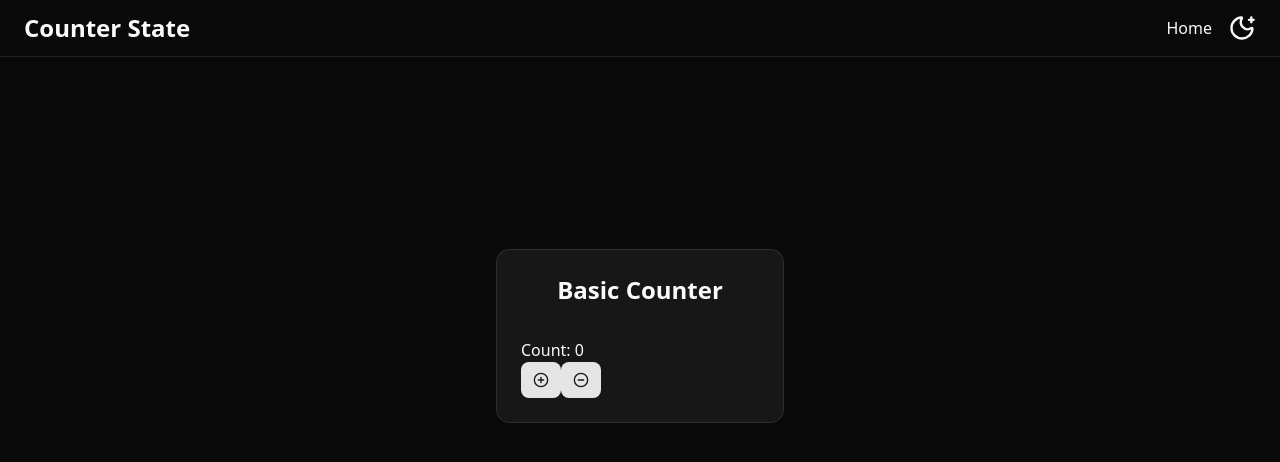
Repository: dev-piyushsarkar/counter-state-project
Page: /
The author's editor kept a copy of each file at every save. The page is drawn from the files as they stood at one save, then again after the next save.
The browser window is 1280 px wide. The pictures show the whole page.
The project was rebuilt for these pictures with package versions that can differ from the ones it lists, and the page was loaded fresh each time. The framework's server and built-in components were replaced by stand-ins that run in the browser. Also part of the build but not shown: next.config.ts.

Above is the page before, as saved 2025-11-15 13:39:29.

### src/app/layout.tsx
import Header from "@/components/Header/Header";
import ThemeProvider from "@/components/Providers/ThemeProvider";
import "./globals.css";

type RootLayoutProps = {
	children: React.ReactNode;
};

const RootLayout = ({ children }: Readonly<RootLayoutProps>) => {
	return (
		<html
			lang="en"
			suppressHydrationWarning>
			<body>
				<ThemeProvider
					attribute={"class"}
					defaultTheme="dark"
					enableSystem={false}>
					<Header />

					<main className="mx-auto max-w-7xl px-6 py-3">{children}</main>
				</ThemeProvider>
			</body>
		</html>
	);
};

export default RootLayout;

### src/app/page.tsx
import { Button } from "@/components/shadcnui/button";
import {
	Card,
	CardContent,
	CardHeader,
	CardTitle,
} from "@/components/shadcnui/card";
import { MinusCircle, PlusCircleIcon } from "lucide-react";
import { Metadata } from "next";

export const metadata: Metadata = {
	title: "Nextjs Starter Frontend",
	description: "Production grade Next.js starter template",
};

const page = () => {
	return (
		<section className="grid h-[90dvh] place-items-center">
			<Card className="w-2xs">
				<CardHeader>
					<CardTitle className="text-center text-2xl font-semibold">
						Basic Counter
					</CardTitle>
				</CardHeader>
				<CardContent>
					<div className="">Count: 0</div>
					<div className="">
						<Button>
							<PlusCircleIcon />
						</Button>
						<Button>
							<MinusCircle />
						</Button>
					</div>
				</CardContent>
			</Card>
		</section>
	);
};

export default page;

### src/components/Header/Header.tsx
import Link from "next/link";
import ThemeToggleButton from "../ThemeToggleButton";

const Header = () => {
	return (
		<header
			className="fixed right-0 left-0 border-b shadow"
			aria-label="app-header">
			<div className="mx-auto flex max-w-7xl items-center justify-between px-6 py-3">
				<Link href={"/"}>
					<h1
						className="text-2xl font-semibold"
						aria-label="App Name">
						Counter State
					</h1>
				</Link>

				<nav className="flex items-center gap-4">
					<Link href={"/"}>Home</Link>

					<ThemeToggleButton />
				</nav>
			</div>
		</header>
	);
};

export default Header;

### src/components/Providers/ThemeProvider.tsx
"use client";

import { ThemeProvider as NextThemesProvider } from "next-themes";
import { ComponentProps } from "react";

type ThemeProviderProps = ComponentProps<typeof NextThemesProvider>;

const ThemeProvider = ({ children, ...props }: ThemeProviderProps) => {
	return <NextThemesProvider {...props}>{children}</NextThemesProvider>;
};

export default ThemeProvider;

### src/components/shadcnui/button.tsx
import * as React from "react"
import { Slot } from "@radix-ui/react-slot"
import { cva, type VariantProps } from "class-variance-authority"

import { cn } from "@/lib/utils"

const buttonVariants = cva(
  "inline-flex items-center justify-center gap-2 whitespace-nowrap rounded-md text-sm font-medium transition-all disabled:pointer-events-none disabled:opacity-50 [&_svg]:pointer-events-none [&_svg:not([class*='size-'])]:size-4 shrink-0 [&_svg]:shrink-0 outline-none focus-visible:border-ring focus-visible:ring-ring/50 focus-visible:ring-[3px] aria-invalid:ring-destructive/20 dark:aria-invalid:ring-destructive/40 aria-invalid:border-destructive",
  {
    variants: {
      variant: {
        default: "bg-primary text-primary-foreground hover:bg-primary/90",
        destructive:
          "bg-destructive text-white hover:bg-destructive/90 focus-visible:ring-destructive/20 dark:focus-visible:ring-destructive/40 dark:bg-destructive/60",
        outline:
          "border bg-background shadow-xs hover:bg-accent hover:text-accent-foreground dark:bg-input/30 dark:border-input dark:hover:bg-input/50",
        secondary:
          "bg-secondary text-secondary-foreground hover:bg-secondary/80",
        ghost:
          "hover:bg-accent hover:text-accent-foreground dark:hover:bg-accent/50",
        link: "text-primary underline-offset-4 hover:underline",
      },
      size: {
        default: "h-9 px-4 py-2 has-[>svg]:px-3",
        sm: "h-8 rounded-md gap-1.5 px-3 has-[>svg]:px-2.5",
        lg: "h-10 rounded-md px-6 has-[>svg]:px-4",
        icon: "size-9",
        "icon-sm": "size-8",
        "icon-lg": "size-10",
      },
    },
    defaultVariants: {
      variant: "default",
      size: "default",
    },
  }
)

function Button({
  className,
  variant,
  size,
  asChild = false,
  ...props
}: React.ComponentProps<"button"> &
  VariantProps<typeof buttonVariants> & {
    asChild?: boolean
  }) {
  const Comp = asChild ? Slot : "button"

  return (
    <Comp
      data-slot="button"
      className={cn(buttonVariants({ variant, size, className }))}
      {...props}
    />
  )
}

export { Button, buttonVariants }

### src/components/shadcnui/card.tsx
import * as React from "react"

import { cn } from "@/lib/utils"

function Card({ className, ...props }: React.ComponentProps<"div">) {
  return (
    <div
      data-slot="card"
      className={cn(
        "bg-card text-card-foreground flex flex-col gap-6 rounded-xl border py-6 shadow-sm",
        className
      )}
      {...props}
    />
  )
}

function CardHeader({ className, ...props }: React.ComponentProps<"div">) {
  return (
    <div
      data-slot="card-header"
      className={cn(
        "@container/card-header grid auto-rows-min grid-rows-[auto_auto] items-start gap-2 px-6 has-data-[slot=card-action]:grid-cols-[1fr_auto] [.border-b]:pb-6",
        className
      )}
      {...props}
    />
  )
}

function CardTitle({ className, ...props }: React.ComponentProps<"div">) {
  return (
    <div
      data-slot="card-title"
      className={cn("leading-none font-semibold", className)}
      {...props}
    />
  )
}

function CardDescription({ className, ...props }: React.ComponentProps<"div">) {
  return (
    <div
      data-slot="card-description"
      className={cn("text-muted-foreground text-sm", className)}
      {...props}
    />
  )
}

function CardAction({ className, ...props }: React.ComponentProps<"div">) {
  return (
    <div
      data-slot="card-action"
      className={cn(
        "col-start-2 row-span-2 row-start-1 self-start justify-self-end",
        className
      )}
      {...props}
    />
  )
}

function CardContent({ className, ...props }: React.ComponentProps<"div">) {
  return (
    <div
      data-slot="card-content"
      className={cn("px-6", className)}
      {...props}
    />
  )
}

function CardFooter({ className, ...props }: React.ComponentProps<"div">) {
  return (
    <div
      data-slot="card-footer"
      className={cn("flex items-center px-6 [.border-t]:pt-6", className)}
      {...props}
    />
  )
}

export {
  Card,
  CardHeader,
  CardFooter,
  CardTitle,
  CardAction,
  CardDescription,
  CardContent,
}

### src/components/ThemeToggleButton.tsx
"use client";

import { MoonStar, Sun } from "lucide-react";
import { useTheme } from "next-themes";

const ThemeToggleButton = () => {
	const { theme, setTheme } = useTheme();

	return (
		<button
			onClick={() => setTheme(theme === "dark" ? "light" : "dark")}
			className="flex cursor-pointer items-center">
			<Sun
				size={28}
				className="-rotate-90 opacity-100 transition-all duration-300 dark:rotate-0 dark:opacity-0"
			/>

			<MoonStar
				size={28}
				className="absolute -rotate-90 opacity-0 transition-all duration-300 dark:rotate-0 dark:opacity-100"
			/>
		</button>
	);
};

export default ThemeToggleButton;

### src/lib/utils.ts
import { clsx, type ClassValue } from "clsx";
import { twMerge } from "tailwind-merge";

export const cn: typeof clsx = (...inputs: ClassValue[]) => {
	return twMerge(clsx(inputs));
};

Loaded but not shown: src/app/globals.css (common file)

After the next save:
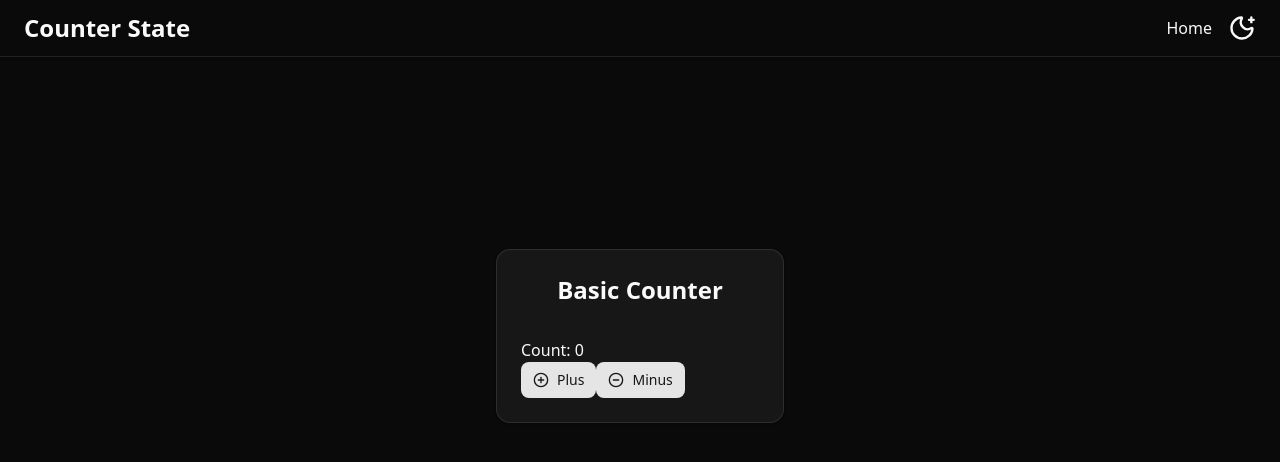
Saved 31 s later.
--- a/src/app/page.tsx
+++ b/src/app/page.tsx
@@ -26,10 +26,10 @@ const page = () => {
 					<div className="">Count: 0</div>
 					<div className="">
 						<Button>
-							<PlusCircleIcon />
+							<PlusCircleIcon /> Plus
 						</Button>
 						<Button>
-							<MinusCircle />
+							<MinusCircle /> Minus
 						</Button>
 					</div>
 				</CardContent>
